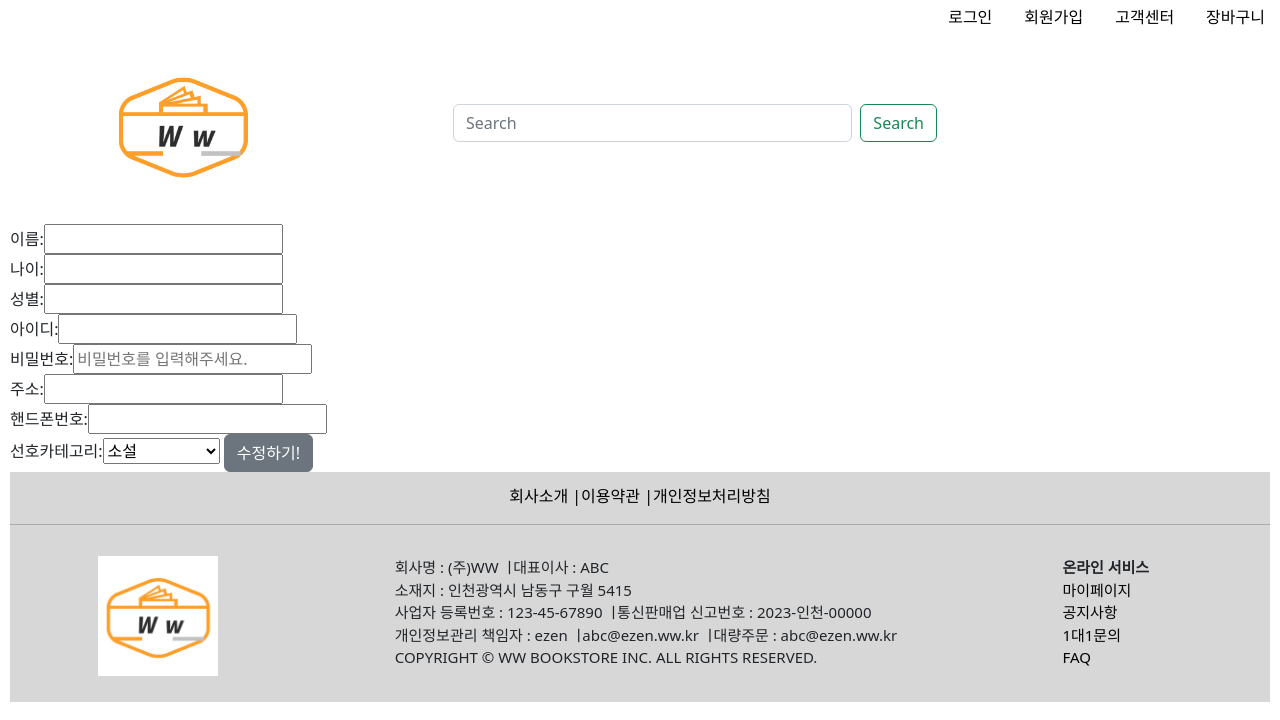
Repository: leehyeonung/project6
Page: http://localhost/book/WEB-INF/views/member/modify.jsp
The author's editor kept a copy of each file at every save. The page is drawn from the files as they stood at one save, then again after the next save.
The browser window is 1280 px wide. The pictures show the whole page.
Some web libraries are served in a nearby version. The page is served by Tomcat 9. Nobody is signed in. The template is opened directly, without the code that normally fills it, so the values that code supplies are empty.

Above is the page before, as saved 2023-01-07 07:48:34.

After the next save:
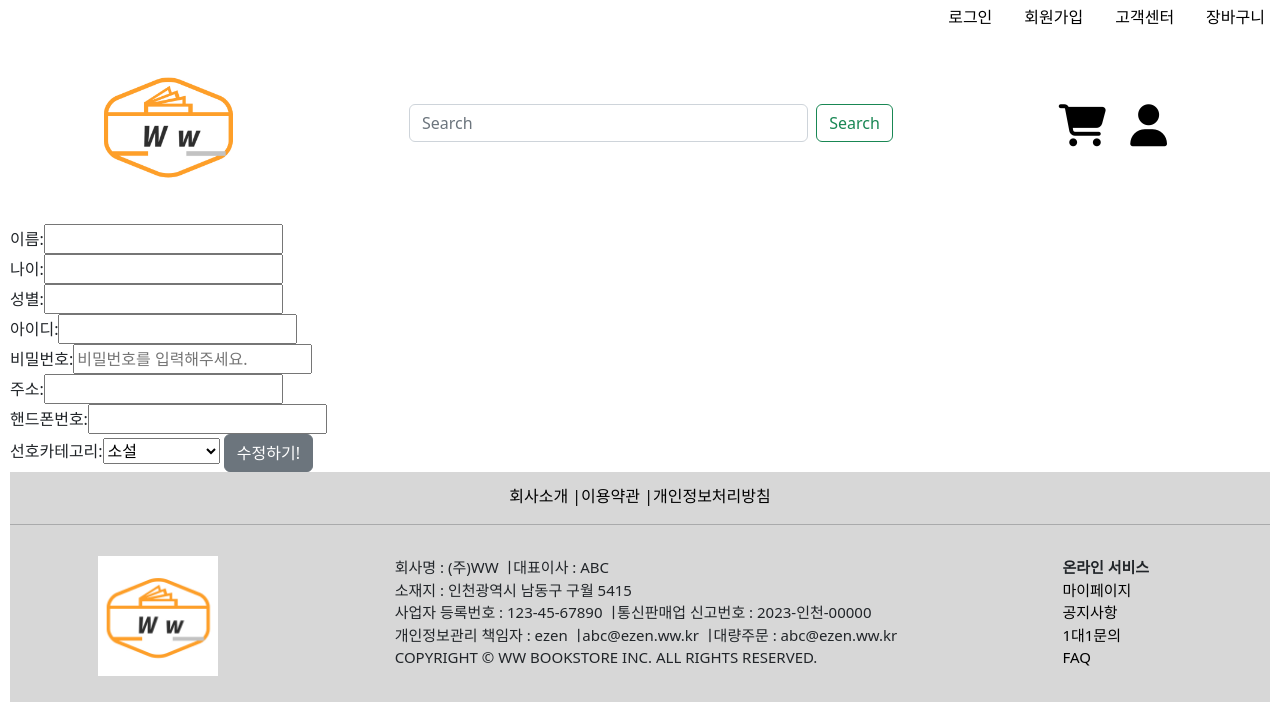
Saved 52 s later.
--- a/book/src/main/webapp/WEB-INF/views/member/modify.jsp
+++ b/book/src/main/webapp/WEB-INF/views/member/modify.jsp
@@ -21,6 +21,7 @@
 </style>
 <meta charset="UTF-8">
 <!-- CSS only -->
+<script src="https://kit.fontawesome.com/92e616dfba.js" crossorigin="anonymous"></script
 <link href="https://cdn.jsdelivr.net/npm/bootstrap@5.2.2/dist/css/bootstrap.min.css"
 rel="stylesheet" integrity="sha384-Zenh87qX5JnK2Jl0vWa8Ck2rdkQ2Bzep5IDxbcnCeuOxjzrPF/et3URy9Bv1WTRi"
 crossorigin="anonymous">

After the 3 saves that followed:
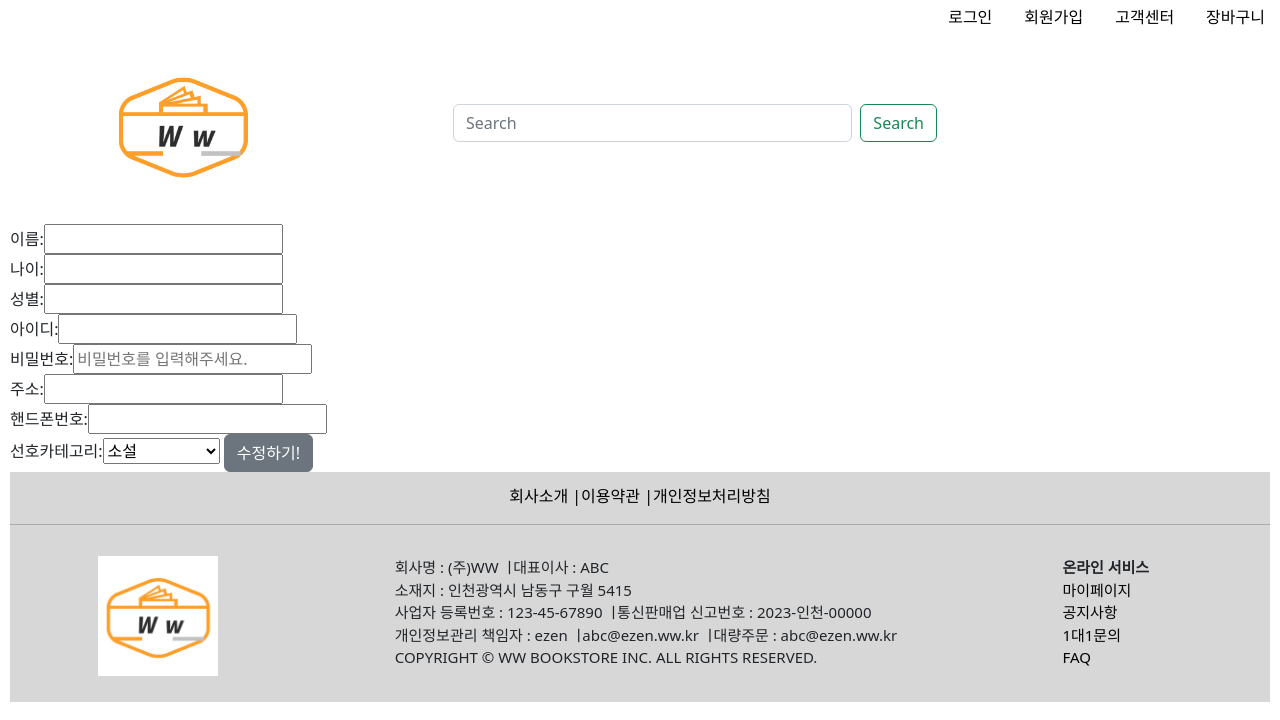
The 3 saves are shown as one change because 2 left the picture as it was.
The last was saved 37 s later.
--- a/book/src/main/webapp/WEB-INF/views/member/modify.jsp
+++ b/book/src/main/webapp/WEB-INF/views/member/modify.jsp
@@ -21,7 +21,7 @@
 </style>
 <meta charset="UTF-8">
 <!-- CSS only -->
-<script src="https://kit.fontawesome.com/92e616dfba.js" crossorigin="anonymous"></script
+
 <link href="https://cdn.jsdelivr.net/npm/bootstrap@5.2.2/dist/css/bootstrap.min.css"
 rel="stylesheet" integrity="sha384-Zenh87qX5JnK2Jl0vWa8Ck2rdkQ2Bzep5IDxbcnCeuOxjzrPF/et3URy9Bv1WTRi"
 crossorigin="anonymous">
